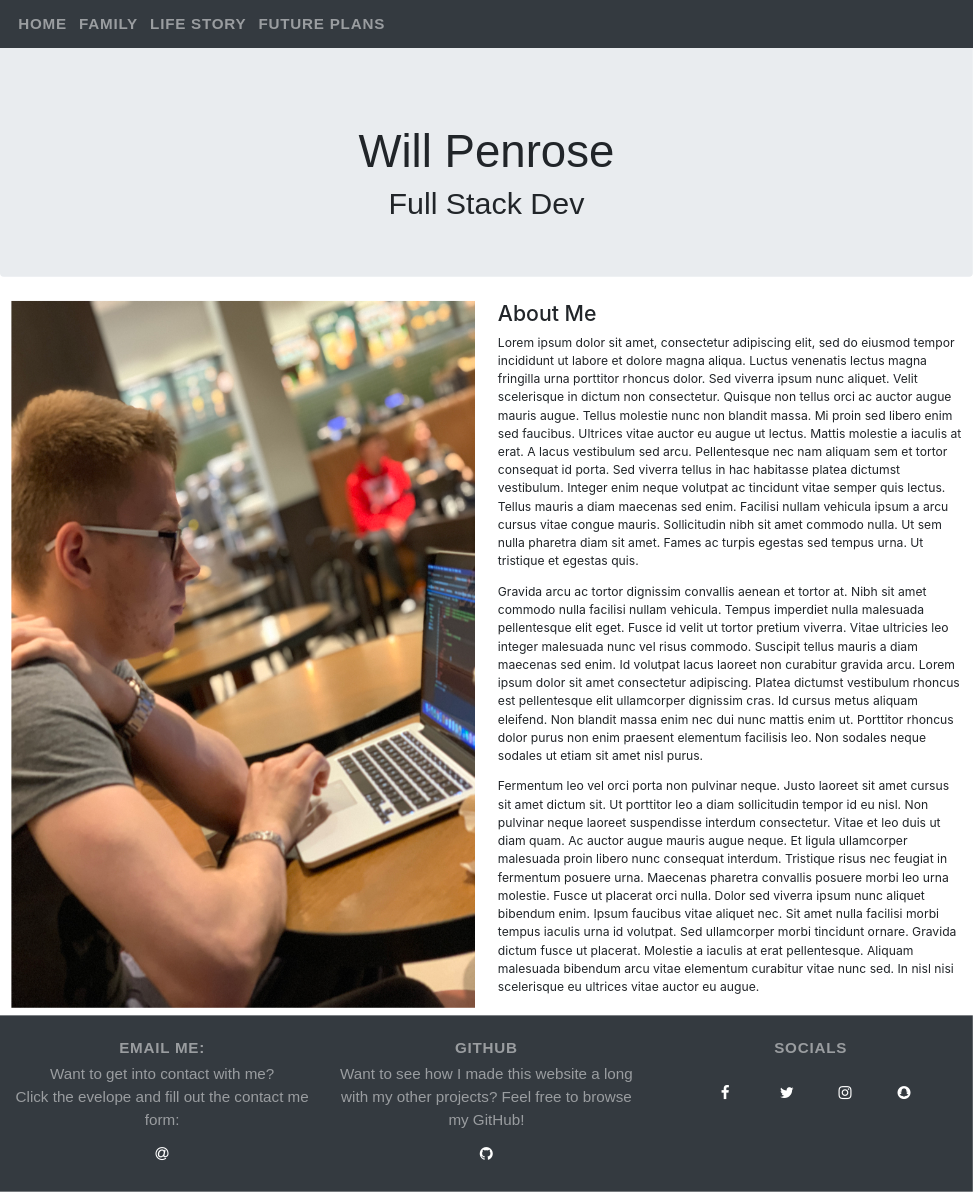
Repository: Code-Institute-Submissions/user-centric-frontend-dev-milestone-project
Page: index.html
The author's editor kept a record of every edit. The page is drawn from the files as they stood at one moment, then again after the next edit.
The browser window is 1280 px wide. The pictures show the whole page, at 76% of full size.
Some web fonts or font styles are not loaded; a fallback is used.

Above is the page before.

After the next edit:
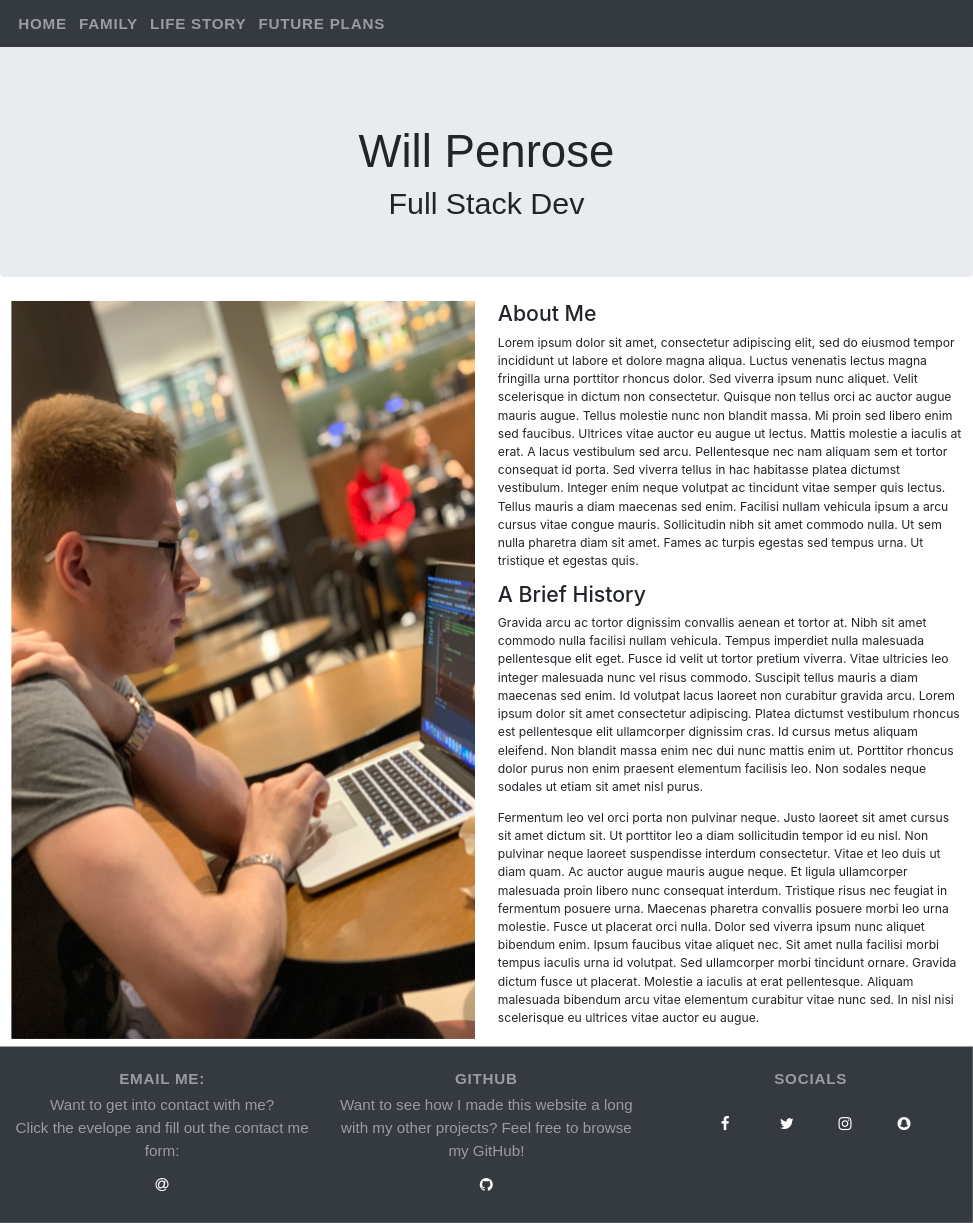
The edit:
--- a/index.html
+++ b/index.html
@@ -64,6 +64,7 @@
                         mauris a diam maecenas sed enim. Facilisi nullam vehicula ipsum a arcu cursus vitae congue mauris. Sollicitudin nibh sit amet commodo nulla. Ut sem nulla pharetra diam sit amet. Fames ac turpis egestas sed tempus urna. Ut tristique
                         et egestas quis.
                     </p>
+                    <h3>A Brief History</h3>
                     <p>
                         Gravida arcu ac tortor dignissim convallis aenean et tortor at. Nibh sit amet commodo nulla facilisi nullam vehicula. Tempus imperdiet nulla malesuada pellentesque elit eget. Fusce id velit ut tortor pretium viverra. Vitae ultricies leo integer malesuada
                         nunc vel risus commodo. Suscipit tellus mauris a diam maecenas sed enim. Id volutpat lacus laoreet non curabitur gravida arcu. Lorem ipsum dolor sit amet consectetur adipiscing. Platea dictumst vestibulum rhoncus est pellentesque
